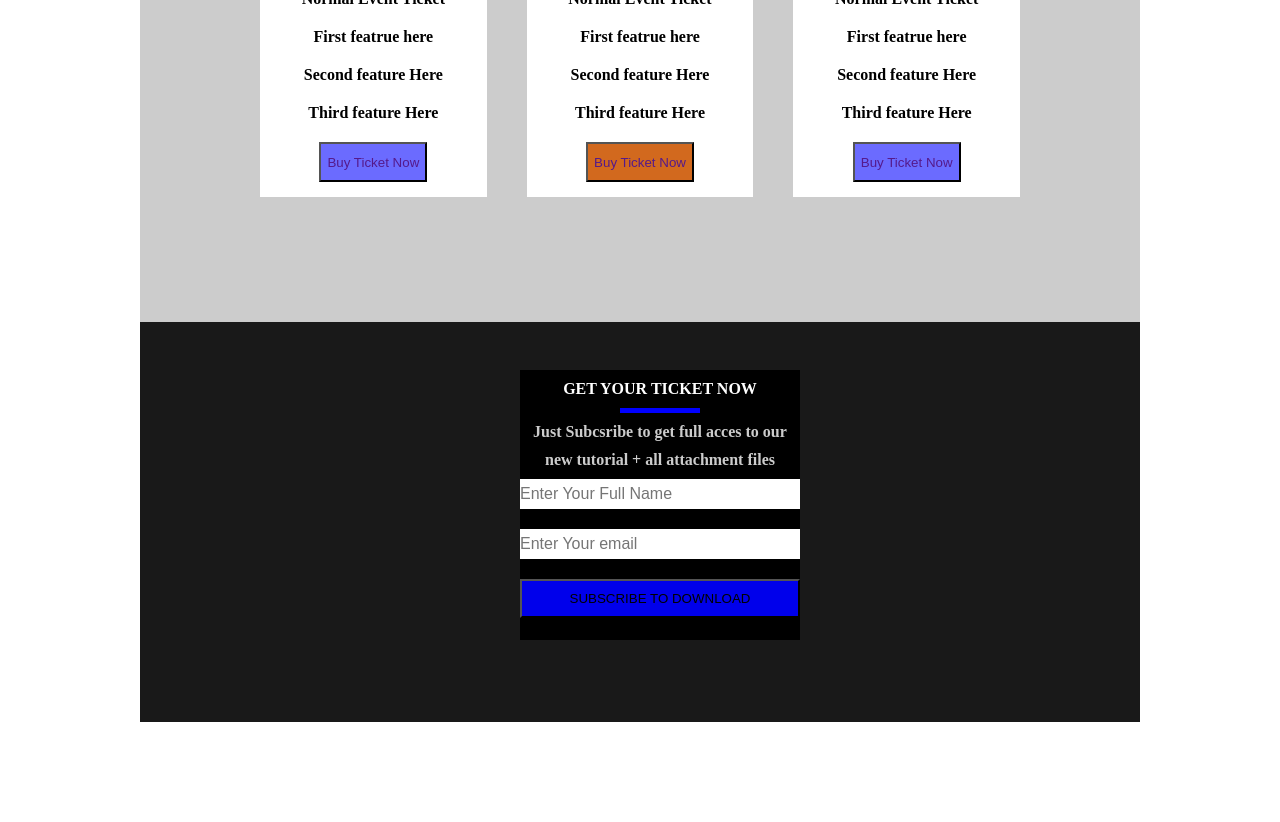
Repository: duyancol/project-ltw-nhom13
Page: page b/index.html
An editor plug-in stored every save of this project. The page is shown before and after the next save, followed by the edit.
The browser window is 1280 px wide. The pictures show the part of the page from y = 1038 to 1860 px (the page is 1860 px tall).
A picture or video elsewhere on the page could not be fetched, so the positions and the page height are approximate. Some web fonts or font styles are not loaded; a fallback is used.

Above is the page before, as saved 2021-10-18 11:56:28.

### page b/index.html
<!DOCTYPE html>
<html lang="en">
<head>
    <meta charset="utf-8">
    <title></title>
    <link rel="stylesheet" href="./fonts/themify-icons-font/themify-icons/themify-icons.css">
    <link rel="shortcut icon" href="images/favicon.ico">
    <link rel="apple-touch-icon" href="images/apple-touch-icon.png">
    <link rel="apple-touch-icon" sizes="72x72" href="images/apple-touch-icon-72x72.png">
    <link rel="apple-touch-icon" sizes="114x114" href="images/apple-touch-icon-114x114.png">
    <link rel="stylesheet" href="./style.css">
</head>
<body>
    <div class="body">
        <div class="main">
            <div class="headernavigation flex">

               <div class="headerimage"><img src="./images/main/logo.png" alt="" class="logo"></div>
               <div class="buttonimage flex">
                   <div class="buyticket">Buy tikcket</div>
               </div>
            </div>

        </div>
    </div>
    <div class="navigation flex">
        <ul>
            <li>Home</li>
            <li> word</li>
            <li>Blog</li>
            <li>Contact</li>
        </ul>
        <ul>
            <li class="icon"><i class="ti-facebook"></i></li>
            <li class="icon"><i class="ti-twitter"></i></li>
            <li class="icon"><i class="ti-instagram"></i></li>
        </ul>
    </div>
<div class="body bodyheightimage"><div class="bagroundimage">
    <div class="textback">
        <h3>Thumbel lable</h3>
        <p> du it none right here  because member always look for you</p>
    </div>

</div></div>
<div class="body1">
    <div class="main">
       <div class="family flex">
           <div class="imagefamily">
               <img src="./images/13_gym/1.jpg" alt="">
               <h4>Welcome to gym</h4>
               <p>you need to read for me</p>
               <p> because i dont want to sad for you</p>
               <button>
                   <a href="">Join Now</a>
               </button>
           </div>
           <div class="imagefamily">
            <img src="./images/13_gym/2.jpg" alt="">
            <h4>Welcome to gym</h4>
            <p>you need to read for me</p>
            <p> because i dont want to sad for you</p>
            <button>
                <a href="">Join Now</a>
            </button>
        </div>  <div class="imagefamily">
            <img src="./images/13_gym/3.jpg" alt="">
            <h4>Welcome to gym</h4>
            <p>you need to read for me</p>
            <p> because i dont want to sad for you</p>
            <button>
                <a href="">Join Now</a>
            </button>
        </div>
       </div>
    </div>
</div>
<div class="body2 bagrondbody ">
    <div class="main flex">
        <div class="thue">
            <h1>$9.99</h1>
            <h4>Normal Event Ticket</h4>
            <h4> First featrue here</h4>
            <h4> Second feature Here</h4>
            <h4> Third feature Here</h4>
            <button class="xanh"><a href="">Buy Ticket Now</a></button>
        </div>
        <div class="thue">
            <h1 class="cam1" >$14.99</h1>
            <h4>Normal Event Ticket</h4>
            <h4> First featrue here</h4>
            <h4> Second feature Here</h4>
            <h4> Third feature Here</h4>
            <button class="xanh cam"><a href="">Buy Ticket Now</a></button>
        </div><div class="thue">
            <h1>$24.99</h1>
            <h4>Normal Event Ticket</h4>
            <h4> First featrue here</h4>
            <h4> Second feature Here</h4>
            <h4> Third feature Here</h4>
            <button class="xanh"><a href="">Buy Ticket Now</a></button>
        </div>
    </div>
</div>
<div class="body2 bodyfooter">
    <div class="main">
<div class="ticket">
    <h1> GET YOUR TICKET NOW</h1>
    <div class="THEXANH"></div>
    <h3>Just Subcsribe to get full acces to our</h3>
    <h3>new tutorial + all attachment files</h3>
    <input type="text" name="" id="" placeholder="Enter Your Full Name">
    <input type="text" name="" id="" placeholder="Enter Your email">
    <button> SUBSCRIBE TO DOWNLOAD</button>

</div>
    </div>
</div>
<div class="body3">
    <div class="main"></div>
</div>
</body>
</html>

### page b/style.css
html, input,body, div, span, applet, object, iframe,h1, h2, h3, h4, h5, h6, p{
    margin: 0;
    padding: 0;
    border: 0;
    font-size: 100%;
  }

  ol, ul,a{
    list-style: none;
  }
  li{
    display: inline-block;
  }
  .main{
    width: 800px;
    margin: auto;
    position: relative;
  }
  .body{
    width: 1000px;
    margin: auto;
    background-color: #ccc;
  }
  .flex{
    display: flex;
    justify-content: space-between;
    align-items:center;
  }
  .headernavigation{
  width:  80%;
  margin: auto;

  background-color: #ccc;
  height: 100px;

  }
  .headerimage{

  }
  .headerimage .logo{

  }
  .headernavigation .buttonimage {
    width: 12%;
    height: 40px;
    background-color: #e5ff004e;

}



  .buttonimage .buyticket{

  }
  .navigation{

    height: 40px;
    background-color: white;
    width: 705px;
    margin: auto auto 20px auto;
  }
  .navigation li{
    padding: 10px;
  }
  .navigation .icon{
    background: #00658b;
  }
  .bodyheightimage{
    position: relative;
    height: 300px;
  }
  .bodyheightimage .bagroundimage{
    background-image: url(./images/main/image-1.jpg);

    height: 80%;
    width: 83%;
    top: 30px;
    left: 86px;
    /* right: 191px; */
    position: absolute;
    background-size: cover;
  }
  .bagroundimage .textback{
    position: absolute;
    bottom: 18px;
    font-weight: 100;
    color: white;
  }
  .body1{
    width: 1000px;
    margin: auto;
    height: 500px;

  }
  .imagefamily{
    width: 33%;
    margin-top: 10%;
    text-align: center;
  }
  .imagefamily img{
    border-radius: 100px;
  }
  .imagefamily h4{
margin: 30px;
  }
  .imagefamily p{

padding-bottom: 10px;
  }
  .imagefamily button{
    background-color: orangered;
    margin-left: 35px;
    height: 40px;
  }
  button a{
    list-style: none;
    text-decoration: none;
  }
  .bagrondbody{
    background-color: #ccc;
  }
  .body2{
    width: 1000px;
    margin: auto;
    height: 400px;

  }
  .main .thue{
background-color: white;
 width: 33%;
 margin: 20px;
 height: 255px;
 text-align: center;
  }
  .thue h1{
margin-bottom: 20px;
color:#0000ff94 ;
padding-top: 10px;
  }
  .thue .cam1{
    color: chocolate!important;
  }
  .thue h4{
 margin-bottom: 20px;
  }
  .thue .xanh{
height: 40px;
background-color:  #0000ff94;
  }
  .thue .cam{
    background-color: chocolate!important;
  }
  .bodyfooter{
    background-color:#191919;
  }
  .main .ticket{
    position: absolute;
    width: 35%;
    background-color: black;
    height: 270px;
    text-align: center;
    top: 48px;
    left: 35%;
    right: 40%;

 right: 40%;

  }
  .ticket h1{
color: white;
margin: 10px;
  }
  .ticket h3{
color: #ccc;
margin: 10px;
  }
  .ticket input{
width: 100%;
margin-bottom: 20px;
height: 30px;
  }
  .ticket button{
    width: 100%;
    height: 39px;
    background-color: #0000ffeb;
  }
  .ticket .THEXANH{
    background-color: blue;
    height: 5px;
    width: 80px;
    margin: auto;
  }
  .body3{
    width: 1000px;
    margin: auto;
    height: 100px;

  }

Loaded but not shown: page b/fonts/themify-icons-font/themify-icons/themify-icons.css (common file)

After the next save:
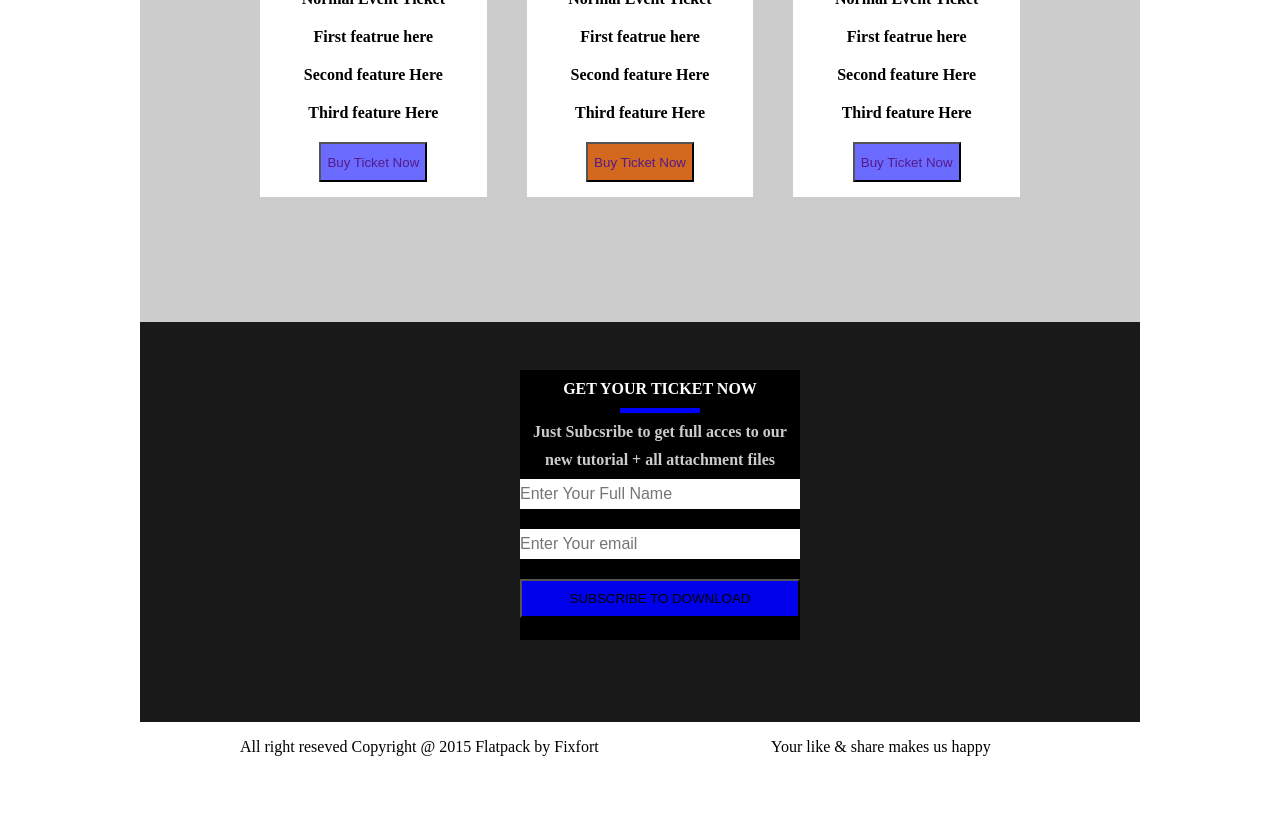
Saved 16 min 43 s later.
--- a/page b/index.html
+++ b/page b/index.html
@@ -117,7 +117,15 @@
     </div>
 </div>
 <div class="body3">
-    <div class="main"></div>
+    <div class="main flex">
+        <div>All right reseved Copyright @ 2015 Flatpack by <span>Fixfort</span></div>
+        <ul>
+            <li>Your like & share makes us happy</li>
+            <li> <i class="ti-twitter"></i></li>
+            <li><i class="ti-facebook"></i></li>
+            <li><i class="ti-instagram"></i></li>
+        </ul>
+    </div>
 </div>
 </body>
 </html>
